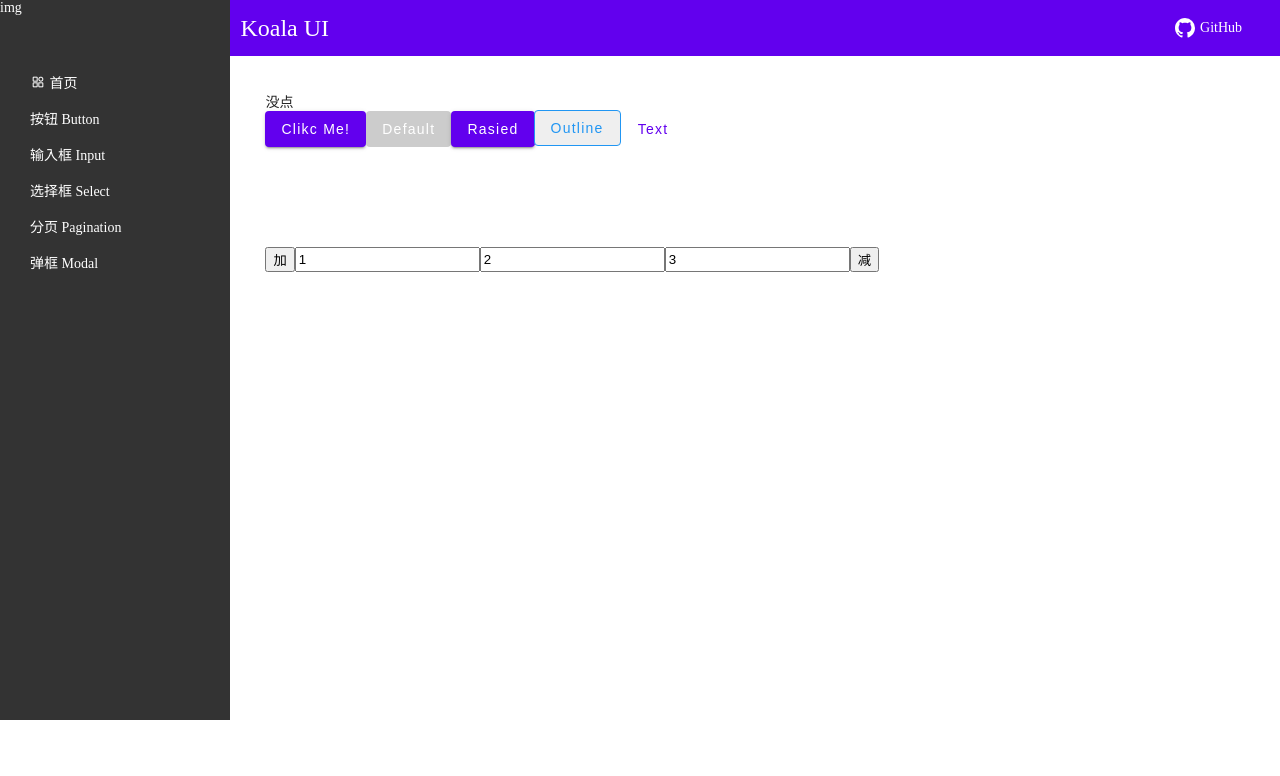
Repository: wyhsunflower/koalaUI
Page: /
An editor plug-in stored every save of this project. The page is shown before and after the next save, followed by the edit.
The browser window is 1280 px wide. The pictures show the whole page.
The project was rebuilt for these pictures with package versions that can differ from the ones it lists, and the page was loaded fresh each time. Also part of the build but not shown: webpack.config.js, src/components/Modal/Modal.vue. Imported but missing from the stored project, and not drawn on this page: src/views/go/go2.vue.

Above is the page before, as saved 2020-03-19 19:16:26.

### index.html
<!DOCTYPE html>
<html lang="en">
<head>
    <meta charset="UTF-8">
    <title>koala's UI</title>
</head>
<body>
<div id="app"></div>
</body>
</html>

### src/index.js
import Vue from 'vue';
import App from './app';
import './components/components.js'
import './styles/global.scss';
import './styles/iconfont/icon.scss'
import router from './router/route';


new Vue({
    router,
    render(h) {
        return h(App);
    }
}).$mount('#app');

### src/app.vue
<template>
    <div id="app" class="container">
        <SideBar></SideBar>
        <div class="right">
            <Header></Header>
            <div class="main">
                <transition>
                 <router-view></router-view>
                </transition>
            </div>
        </div>
    </div>
</template>
<script>
    import SideBar from './SideBar';
    import Header from './Header';
    export default {
        name: "app",
        components:{
            SideBar,
            Header
        },
    }
</script>

<style lang="scss" scoped>
    @import "styles/global";
    .container{
        width: 100%;
        display: flex;
        flex-flow: row nowrap;
        height: 100%;
    }
    .right{
        width: 82%;
        height: 100%;
    }
        .main{
            width: 100%;
            height: 100%;
            padding:2.5rem;
        }
</style>

### src/components/components.js
import Vue from 'vue'
import Button from './Button/Button';
import Modal from './Modal/Modal';

Vue.component('Button',Button);
Vue.component('Modal',Modal);

### src/styles/global.scss
$font-color: rgba(0,0,0, 0.87);
$color-btn-default:#ccc;
$color-btn-primary:#2196f3;
$color-btn-custom:#6200ee;
* {
    box-sizing: border-box;
}
html, body {
    margin: 0;
    padding: 0;
    font-size: 14px;
}
html{
    width: 100%;
    height: 100%;
    outline: none;
    font-size: 14px;
}
body {
    color: $font-color;
    font-size: 14px;
    height: 100%;
    width: 100%;
}
.koala-button{

    -moz-osx-font-smoothing: grayscale;
    -webkit-font-smoothing: antialiased;
    font-size: 1rem;
    line-height: 2.25rem;
    font-weight: 500;
    letter-spacing: .0892857143em;
    text-decoration: none;
    display: inline-flex;
    position: relative;
    align-items: center;
    justify-content: center;
    box-sizing: border-box;
    min-width: 64px;
    border: none;
    outline: none;
    line-height: 1;
    -webkit-user-select: none;
    -moz-user-select: none;
    -ms-user-select: none;
    user-select: none;
    -webkit-appearance: none;
    overflow: visible;
    vertical-align: middle;
    border-radius: 4px;
    cursor: pointer;

    padding: 0 1.145rem;
    min-width: 4.5rem;
    color: #fff;
    height: 2.572rem;
}

### src/styles/iconfont/icon.scss
@font-face {font-family: "iconfont";
  src: url('./iconfont.eot?t=1575969178796'); /* IE9 */
  src: url('./iconfont.eot?t=1575969178796#iefix') format('embedded-opentype'), /* IE6-IE8 */
       url('./iconfont.woff?t=1575969178796') format('woff'),
       url('./iconfont.ttf?t=1575969178796') format('truetype'), /* chrome, firefox, opera, Safari, Android, iOS 4.2+ */
       url('./iconfont.svg?t=1575969178796#iconfont') format('svg'); /* iOS 4.1- */
}
.iconfont {
  font-family: "iconfont" !important;
  font-size: 16px;
  font-style: normal;
  -webkit-font-smoothing: antialiased;
  -moz-osx-font-smoothing: grayscale;
}
.icon-all:before {
  content: "\e6ef";
}

### src/router/route.js
import Router from 'vue-router';
import Vue from 'vue';
//import Home from '../app';
//import Button from '../components/Button/Button';
import Home from '../views/home';


const routerListDir=[];

function importAllRouter(r) {
    r.keys().forEach(
        (key)=>routerListDir.push(r(key).default)
    )
}

importAllRouter(require.context('../router',true,/\.router\.js/));
Vue.use(Router);
console.log(routerListDir);

export default new Router({
    routes: [
        ...routerListDir,
        { path: '/',component:Home},
        //{ path: '/button',component:Button},
    ]
});

### src/SideBar.vue
<template>
    <div class="side">
        <div class="top">
            <div>img</div>
            <!--<img src="./static/img/logo.jpg">-->
        </div>
        <ul class="side-list">
            <li v-for="x of lists">
                <i class="iconfont" :class="x.icon"></i>
                {{x.name}}
            </li>
        </ul>
    </div>
</template>

<script>
    export default {
        name: "SideBar",
        data(){
            return{
                lists:[
                    {
                        name:'首页',
                        icon:'icon-all',
                    },
                    {
                        name:'按钮 Button',
                        icon:'button',
                    },
                    {
                        name:'输入框 Input',
                        icon:'input',
                    },
                    {
                        name:'选择框 Select',
                        icon:'select',
                    },
                    {
                        name:'分页 Pagination',
                        icon:'pagination',
                    },
                    {
                        name:'弹框 Modal',
                        icon:'modal',
                    },
                ],
            }
        },
    }
</script>

<style lang="scss" scoped>
    .side {
        max-width: 300px;
        width: 18%;
        background: rgba(0,0,0,.8);
        height: 100%;
        color: #fff;
    }
    .top {
        height: 50px;
    }
    ul{
        list-style: none;
        padding: 0;
    }
    li{
        padding: 8px 30px;
        &:hover{background: rgba(0,0,0,.2);}
    }
</style>

### src/Header.vue
<template>
    <div class="header">
        <div class="title">Koala UI</div>
        <div class="right">
            <!-- <div class="search">GitHub</div> -->
            <div class="config">
                <svg width="20" height="20" viewBox="0 0 20 20" xmlns="http://www.w3.org/2000/svg">
                <title>github-circle-white-transparent</title>
                    <path d="M10 0C4.477 0 0 4.477 0 10c0 4.42 2.87 8.17 6.84 9.5.5.08.66-.23.66-.5v-1.69c-2.77.6-3.36-1.34-3.36-1.34-.46-1.16-1.11-1.47-1.11-1.47-.91-.62.07-.6.07-.6 1 .07 1.53 1.03 1.53 1.03.87 1.52 2.34 1.07 2.91.83.09-.65.35-1.09.63-1.34-2.22-.25-4.55-1.11-4.55-4.92 0-1.11.38-2 1.03-2.71-.1-.25-.45-1.29.1-2.64 0 0 .84-.27 2.75 1.02.79-.22 1.65-.33 2.5-.33.85 0 1.71.11 2.5.33 1.91-1.29 2.75-1.02 2.75-1.02.55 1.35.2 2.39.1 2.64.65.71 1.03 1.6 1.03 2.71 0 3.82-2.34 4.66-4.57 4.91.36.31.69.92.69 1.85V19c0 .27.16.59.67.5C17.14 18.16 20 14.42 20 10A10 10 0 0 0 10 0z" fill="#FFF" fill-rule="evenodd"/>
                </svg>
                <div class="github">GitHub</div>
            </div>
        </div>
    </div>
</template>

<script>
    export default {
        name: "Header"
    }
</script>

<style lang="scss" scoped>
    .header{
        width: 100%;
        display: flex;
        justify-content: space-between;
        align-items: center;
        background-color:#6200ee;
        height:56px;
    }
    .title{
        width: 70%;
        color:#fff;
        font-size:24px;
        padding-left:10px;
    }
    .right{
        width: 10%;
    }
    .config{
        display:flex;
        align-items:center;
        cursor:pointer;
    }
    .github{
        color:#fff;
        font-size: 1rem;
        padding-left:5px;
    }
</style>

### src/components/Button/Button.vue
<template>
    <component
            class="koala-button"
            :class="buttonType"
            is="button"
            @click="onClick"
    >
        <slot></slot>
    </component>
</template>

<script>
    //type color icon
    export default {
        name: "Button",
        // ['type','color','diabled','size'],
        props: {
            type:{
                type: String,
                default:'default', // 'default', 'rasied , 'text', 'outline'
            },
            color:{
                type: String,
                default: 'default', // 'default', 'primary', 'custom'
            },
            size:{
                type: String,
                default: 'normal' // 'small', 'normal', 'large','custom'
            },
            disabled: {
                type: Boolean,
                default: false
            }
        },
        data(){
            return{
            }
        },
        components:{

        },
        computed:{
            buttonType(){
                const buttonClass = {
                    "outline": [`koala-button-${this.type}`,`koala-button-ouline-color-${this.color}`],
                    "text": [`koala-button-${this.type}`,`koala-button-text-color-${this.color}`],
                    "default": [`koala-button-${this.type}`,`koala-button-color-${this.color}`],
                    "rasied": [`koala-button-${this.type}`,`koala-button-color-${this.color}`],
                }
                return buttonClass[this.type]
            },
        },
        methods:{
            onClick(e){
                this.$emit('click', e);
            }
        },
        mounted(){
        },
    }
</script>

<style lang="scss" scoped >
    @import "../../styles/global.scss";
// .koala-button{
//     background-color:#ccc;
//     min-width: 4.5rem;
//     border-radius: .25rem;
//     color: #fff;
//     font-size: .875rem;
//     font-weight: 300;
//     box-sizing: border-box;
//     position: relative;
//     -webkit-user-select: none;
//     -moz-user-select: none;
//     -ms-user-select: none;
//     user-select: none;
//     cursor: pointer;
//     outline: none;
//     border: none;
//     -webkit-tap-highlight-color: transparent;
//     display: inline-block;
//     white-space: nowrap;
//     text-decoration: none;
//     vertical-align: baseline;
//     text-align: center;
//     margin: 0;
//     min-width: 64px;
//     line-height: 36px;
//     padding: 0 16px;
//     border-radius: 4px;
//     overflow: visible;
//     transform: translate3d(0, 0, 0);
//     transition: background 400ms cubic-bezier(0.25, 0.8, 0.25, 1),box-shadow 280ms cubic-bezier(0.4, 0, 0.2, 1);
// }
    .koala-button-default{
        box-shadow: 0 0 0 0 rgba(0,0,0,.2), 0 0 0 0 rgba(0,0,0,.14), 0 0 0 0 rgba(0,0,0,.12);
    }
    .koala-button-rasied{
        box-shadow: 0px 3px 1px -2px rgba(0, 0, 0, 0.2), 0px 2px 2px 0px rgba(0, 0, 0, 0.14), 0px 1px 5px 0px rgba(0,0,0,.12);
        transition: box-shadow 280ms cubic-bezier(0.4, 0, 0.2, 1);
    }
    .koala-button-text{
        background-color: transparent;
        // color: $color-btn-primary;
    }
    .koala-button-outline{
        top: -1px;
        left: -1px;
        // border: 1px solid transparent;
        // color:$color-btn-primary;
        // border-color: $color-btn-primary;
    }
    .koala-button-color-default{
        background-color:$color-btn-default;
    }
    .koala-button-color-primary{
        background-color:$color-btn-primary;
    }
    .koala-button-color-custom{
        background-color:$color-btn-custom;
    }
    .koala-button-ouline-color-default{
        border: 1px solid transparent;
        color:$color-btn-default;
        border-color: $color-btn-default;
    }
    .koala-button-ouline-color-primary{
        border: 1px solid transparent;
        color:$color-btn-primary;
        border-color: $color-btn-primary;
    }
    .koala-button-ouline-color-custom{
        border: 1px solid transparent;
        color:$color-btn-custom;
        border-color: $color-btn-custom;
    }
    .koala-button-text-color-default{
        color: $color-btn-default;
    }
    .koala-button-text-color-primary{
        color: $color-btn-primary;
    }
    .koala-button-text-color-custom{
        color: $color-btn-custom;
    }
</style>

### src/views/home.vue
<template>
    <div class="main-container">
        <div>{{message}}</div>
        <Button @click="showModal" type="rasied" color="custom">Clikc Me!</Button>
        <Modal v-if="modal" :self="this" :confirmCallback="confirmWay" :cancelCallback="cancelWay">
            <div>Modal组件</div>
            <div>Modal组件</div>
            <div>Modal组件</div>
            <div>Modal组件</div>
            <div>Modal组件</div>
            <div>Modal组件</div>
        </Modal>
        <Button @click="clicked('default')" type="default" color="default">Default</Button>
        <Button @click="clicked('rasied')" type="rasied" color="custom">Rasied</Button>
        <Button @click="clicked('outline')" type="outline" color="primary">Outline</Button>
        <Button @click="clicked('text')" type="text" color="custom">Text</Button>
        <div class="time-picker">
        <button click="">加</button>
        <input type="number"  value="1">
        <input type="number" value="2">
        <input type="number" value="3">
        <button click="">减</button>
        </div>
    </div>
</template>

<script>
    // import Modal from '../components/Modal/Modal.vue'
    // import Button from '../components/Button/Button.vue'
    export default {
        name: "home",
        data(){
            return{
                modal:false,
                message:'没点'
            }
        },
        // components:{
        //     Button
        // },
        methods:{
            showModal(){
                this.modal = true
            },
            confirmWay(){
                this.message = '确定'
            },
            cancelWay(){
                this.message = '取消了'
            },
            clicked(name){
                alert(name)
            },
        },
    }
</script>

<style lang="scss" scoped>
.time-picker{
    display: flex;
    flex-flow: row nowrap;
    margin-top:100px;
}
</style>

### src/router/button.router.js
import Button from '../components/Button/Button';
export default {
    path: '/button',
    name: 'button',
    component:Button,
    children:[]
}

### src/router/modal.router.js
import Modal from '../components/Modal/Modal';
export default {
    path: '/modal',
    name: 'modal',
    component:Modal,
}

### src/router/sample.router.js
import Sample from '../views/go/go2.vue';
export default {
    path: '/sample',
    name: 'sample',
    component:Sample,
}

After the next save:
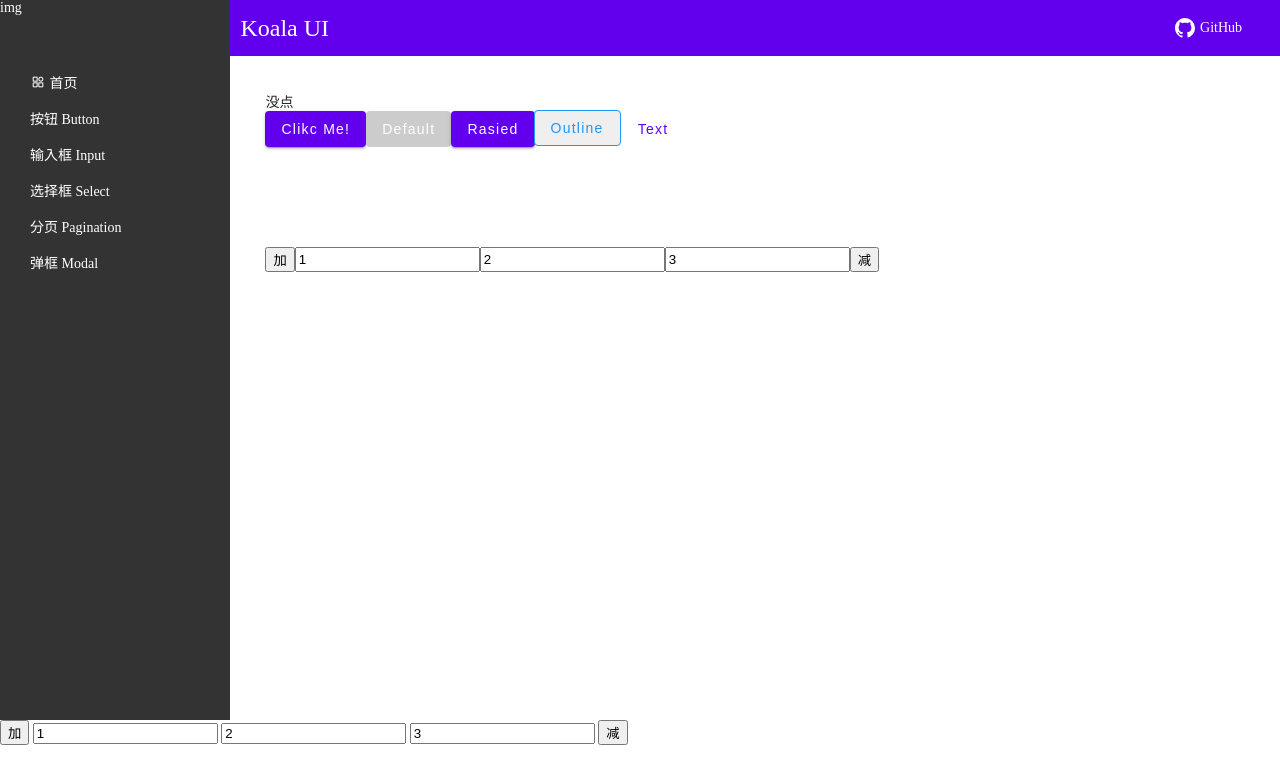
Saved 62 s later.
--- a/index.html
+++ b/index.html
@@ -6,5 +6,13 @@
 </head>
 <body>
 <div id="app"></div>
+
+<div class="time-picker">
+    <button click="">加</button>
+    <input type="number"  value="1">
+    <input type="number" value="2">
+    <input type="number" value="3">
+    <button click="">减</button>
+    </div>
 </body>
 </html>
